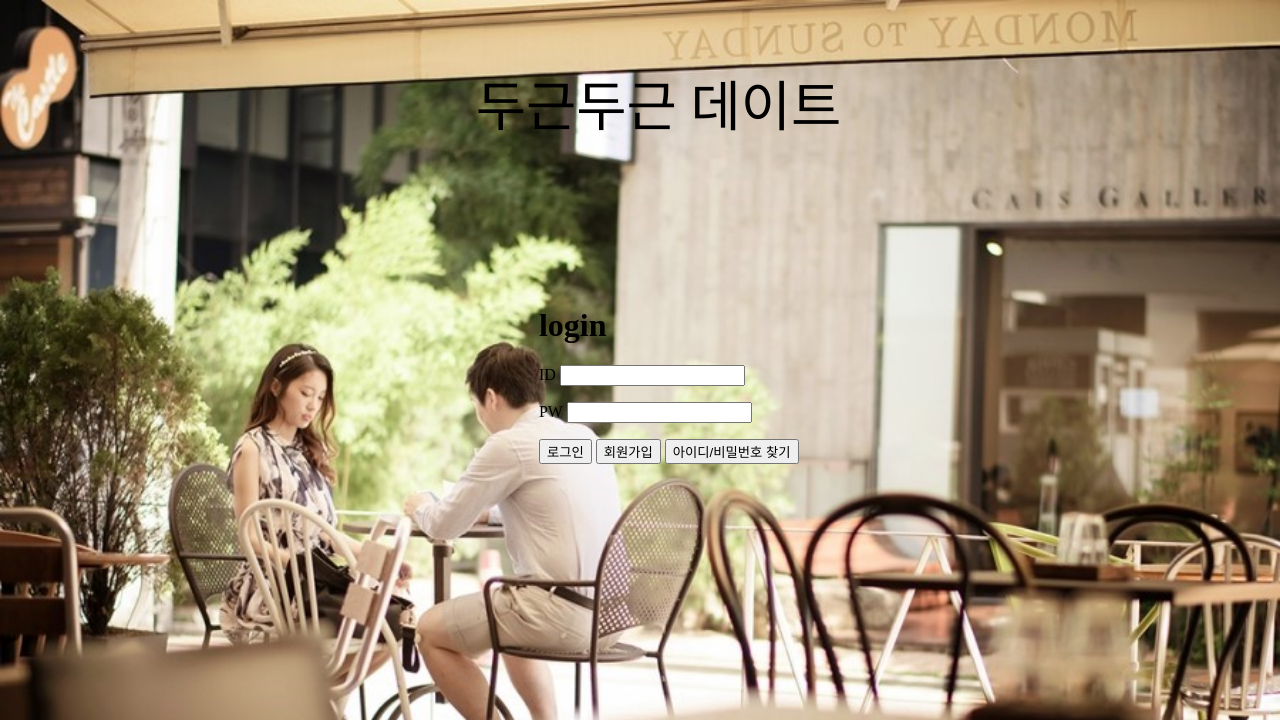
Repository: pinokio531/date_application
Page: http://localhost/doogeunDate/
The author's editor kept a copy of each file at every save. The page is drawn from the files as they stood at one save, then again after the next save.
The browser window is 1280 px wide. The pictures show the whole page.
The page is served by Tomcat 9.

Above is the page before, as saved 2019-05-31 02:48:37.

### doogeunDate/WebContent/index.jsp
<%@ page language="java" contentType="text/html; charset=EUC-KR"
    pageEncoding="EUC-KR"%>
<!DOCTYPE html>
<html lang="en">
<head>
    <meta charset="EUC-KR">
    <meta name="viewport" content="width=device-width, initial-scale=1.0">
    <meta http-equiv="X-UA-Compatible" content="ie=edge">
    <title>Document</title>
    <link rel="stylesheet" type="text/css" href="style/index.css" />
</head>
<body>
    <header id="header">
        <p>두근두근 데이트</p>
    </header>

    <div class="login">
        <h1>login</h1>
        ID   <input name="id"></p>
        PW   <input password="password"></p>
        <input type="button" value="로그인">
        <input type="button" value="회원가입">
        <input type="button" value="아이디/비밀번호 찾기">
    </div>
</body>
</html>

### doogeunDate/WebContent/style/index.css
body{
    background:url(../asset/background.jpg);
    background-size: 100%;
}

#header{
    margin-left: 37%;
    margin-top: 5%;
    margin-bottom: 10%;
    font-family: 'Hi Melody', cursive;
    font-size: 41pt;
}
.login{
   margin-left: 42%;
   margin-top: 13%;
}

After the next save:
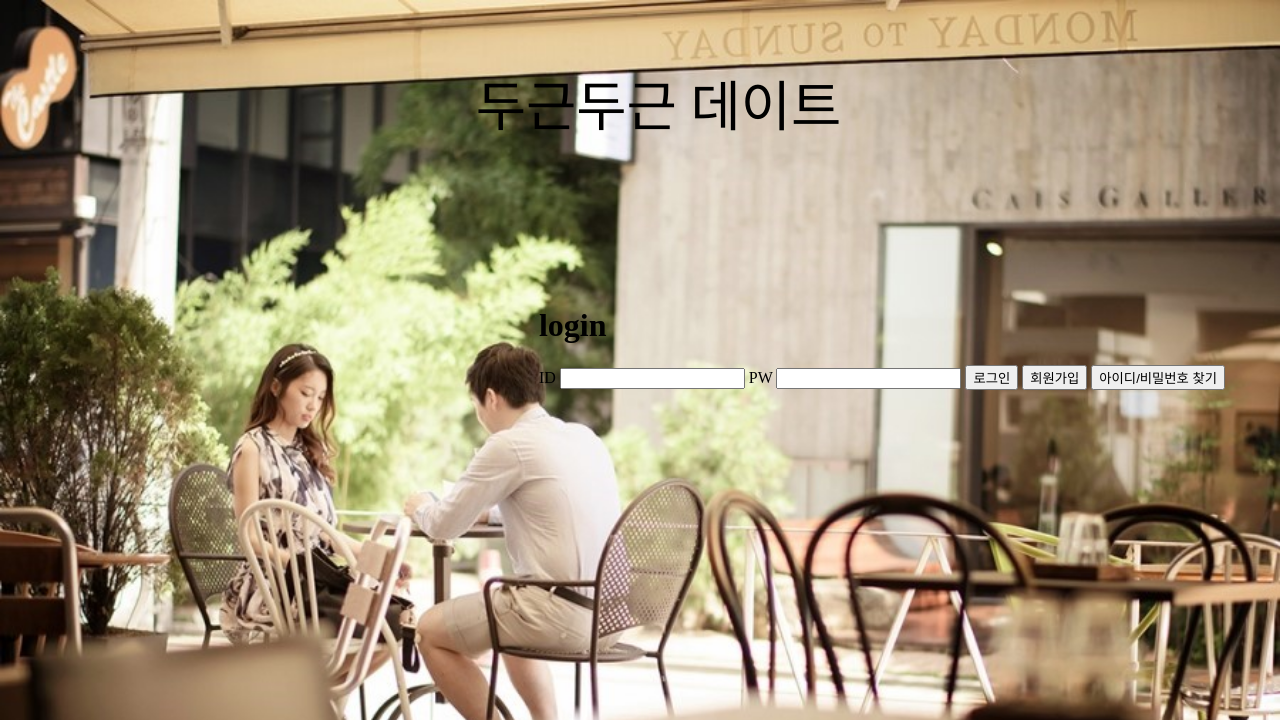
Saved 12 s later.
--- a/doogeunDate/WebContent/index.jsp
+++ b/doogeunDate/WebContent/index.jsp
@@ -16,8 +16,8 @@
 
     <div class="login">
         <h1>login</h1>
-        ID   <input name="id"></p>
-        PW   <input password="password"></p>
+        ID   <input name="id">
+        PW   <input password="password">
         <input type="button" value="로그인">
         <input type="button" value="회원가입">
         <input type="button" value="아이디/비밀번호 찾기">
